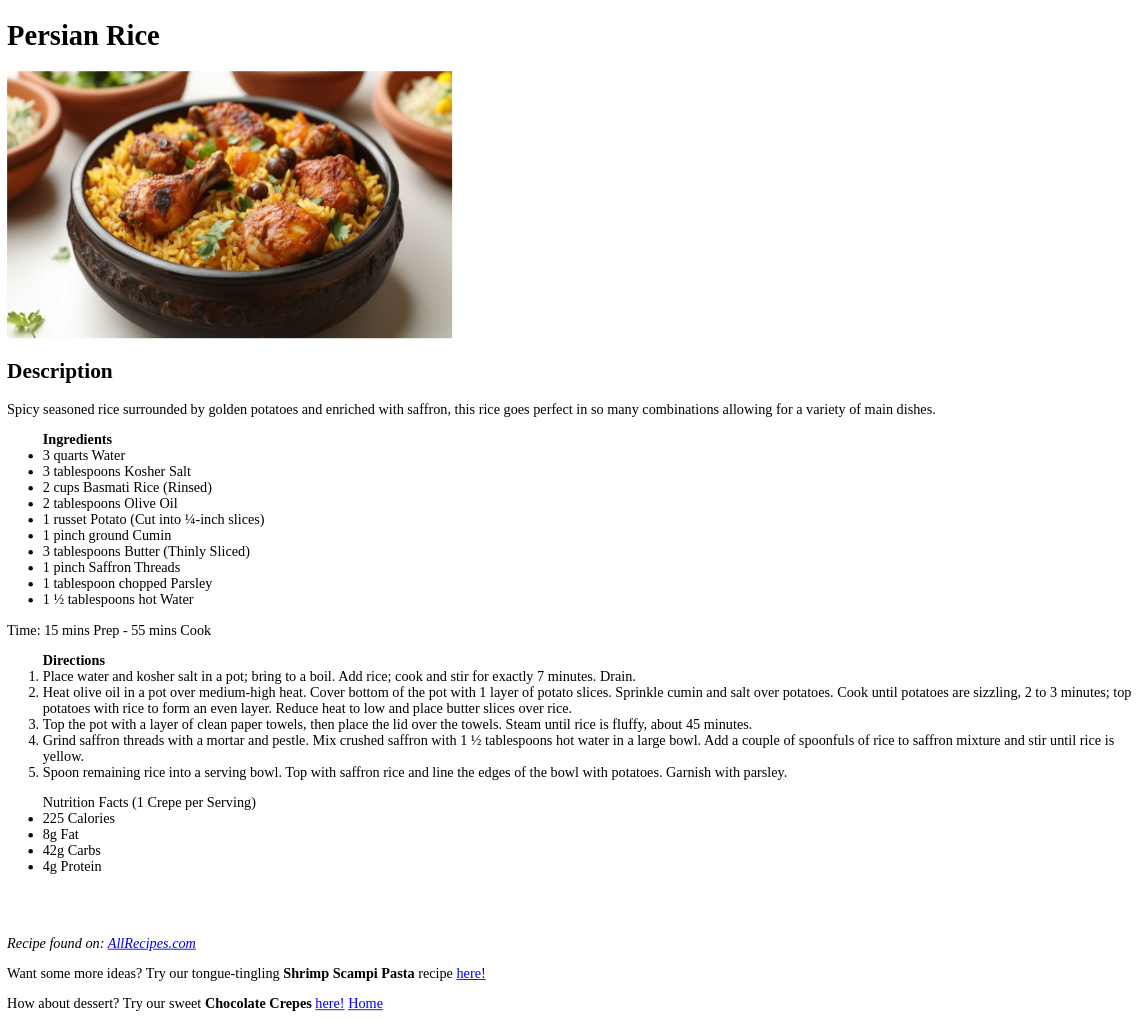
Repository: Mervens/odin-recipes
Page: recipes/persian-rice.html
The author's editor kept a copy of each file at every save. The page is drawn from the files as they stood at one save, then again after the next save.
The browser window is 1280 px wide. The pictures show the whole page, at 89% of full size.

Above is the page before, as saved 2025-06-18 13:01:22.

### recipes/persian-rice.html
<!DOCTYPE html>

<html lang="en">

<head>
    <meta charset="UTF-8">
    <title>Persian Rice | Odin Recipes</title>
</head>

<body>
    <h1>Persian Rice</h1>

    <img src="../recipes/images/Persian Rice.jpg"
        alt="Photo of Basmati Rice Dish. Image found on CCNull.de - linked in ReadME." height=300 width=500>
    <h2>Description</h2>
    <p>Spicy seasoned rice surrounded by golden potatoes and enriched with saffron, this rice goes perfect in so many
        combinations allowing for a variety of main dishes.</p>
    <ul><strong>Ingredients</strong>
        <li>3 quarts Water</li>
        <li>3 tablespoons Kosher Salt</li>
        <li>2 cups Basmati Rice (Rinsed)</li>
        <li>2 tablespoons Olive Oil</li>
        <li>1 russet Potato (Cut into ¼-inch slices)</li>
        <li>1 pinch ground Cumin</li>
        <li>3 tablespoons Butter (Thinly Sliced)</li>
        <li>1 pinch Saffron Threads</li>
        <li>1 tablespoon chopped Parsley</li>
        <li>1 ½ tablespoons hot Water</li>
    </ul>
    <p>Time: 15 mins Prep - 55 mins Cook</p>
    <ol><strong>Directions</strong>
        <li>Place water and kosher salt in a pot; bring to a boil. Add rice; cook and stir for exactly 7 minutes. Drain.
        </li>
        <li>Heat olive oil in a pot over medium-high heat. Cover bottom of the pot with 1 layer of potato slices.
            Sprinkle cumin and salt over potatoes. Cook until potatoes are sizzling, 2 to 3 minutes; top potatoes with
            rice to form an even layer. Reduce heat to low and place butter slices over rice.
        </li>
        <li>Top the pot with a layer of clean paper towels, then place the lid over the towels. Steam until rice is
            fluffy, about 45 minutes.</li>
        <li>Grind saffron threads with a mortar and pestle. Mix crushed saffron with 1 ½ tablespoons hot water in a
            large bowl. Add a couple of spoonfuls of rice to saffron mixture and stir until rice is yellow.
        </li>
        <li>Spoon remaining rice into a serving bowl. Top with saffron rice and line the edges of the bowl with
            potatoes. Garnish with parsley.</li>
    </ol>
    <ul>
        Nutrition Facts (1 Crepe per Serving)
        <li>225 Calories</li>
        <li>8g Fat</li>
        <li>42g Carbs</li>
        <li>4g Protein</li>
    </ul>
    <br>
    <br>

    <p><em>Recipe found on:
            <a href="https://www.allrecipes.com/recipe/240606/persian-rice/" target="_blank"
                rel="noopener noreferrer">AllRecipes.com</em>
    </p>
    </a>
    <p>Want some more ideas? Try our tongue-tingling <strong>Shrimp Scampi Pasta </strong>recipe <a
            href="../recipes/pasta.html">here!</a>
    </p>
    <p>How about dessert? Try our sweet <strong>Chocolate Crepes </strong><a href="../recipes/crepe.html">here!</a>
        <a href="../index.html">Home</a>


</body>

</html>

After the next save:
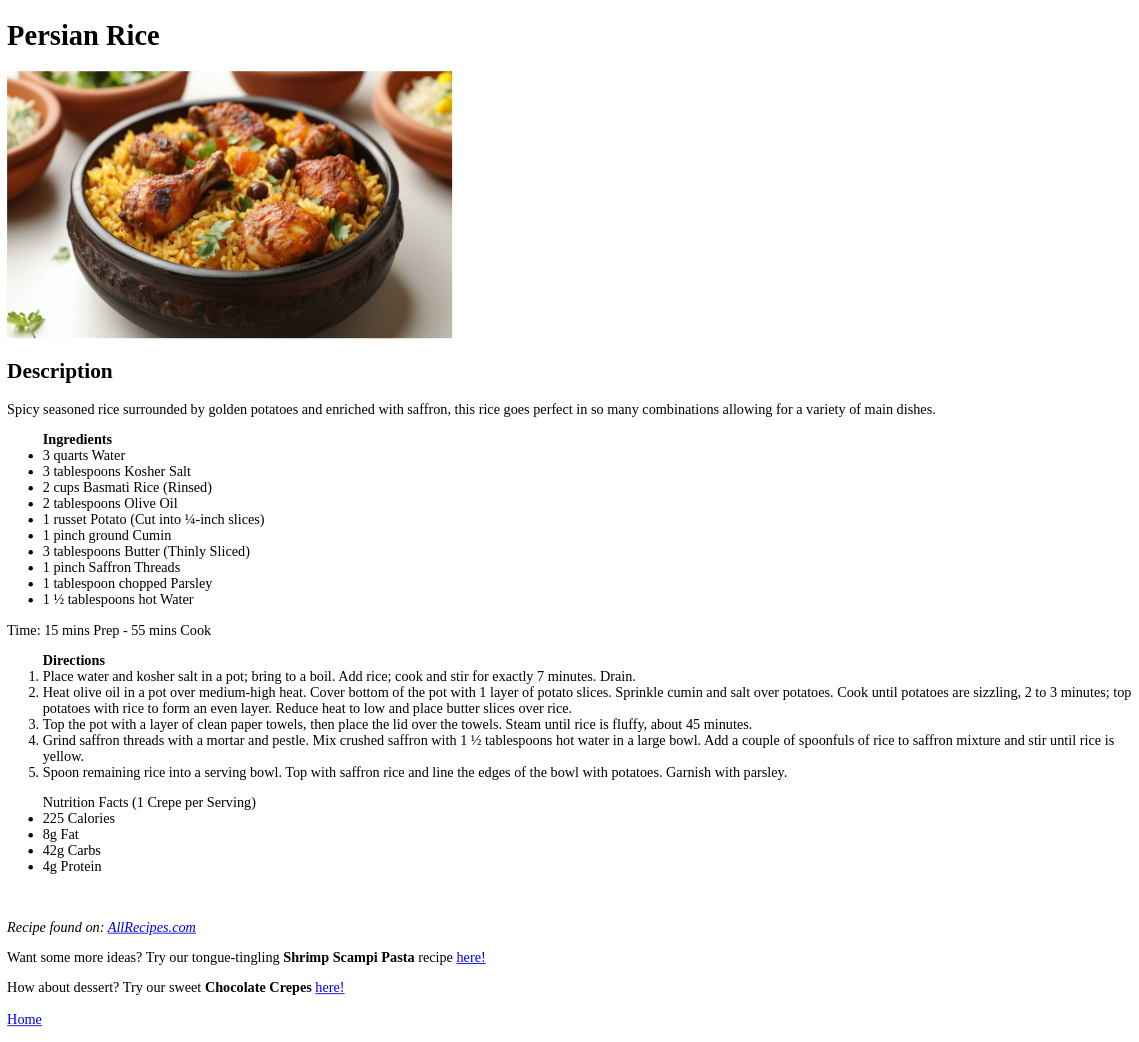
Saved 8 s later.
--- a/recipes/persian-rice.html
+++ b/recipes/persian-rice.html
@@ -51,7 +51,6 @@
         <li>4g Protein</li>
     </ul>
     <br>
-    <br>
 
     <p><em>Recipe found on:
             <a href="https://www.allrecipes.com/recipe/240606/persian-rice/" target="_blank"
@@ -62,6 +61,8 @@
             href="../recipes/pasta.html">here!</a>
     </p>
     <p>How about dessert? Try our sweet <strong>Chocolate Crepes </strong><a href="../recipes/crepe.html">here!</a>
+        <br>
+        <br>
         <a href="../index.html">Home</a>
 
 
